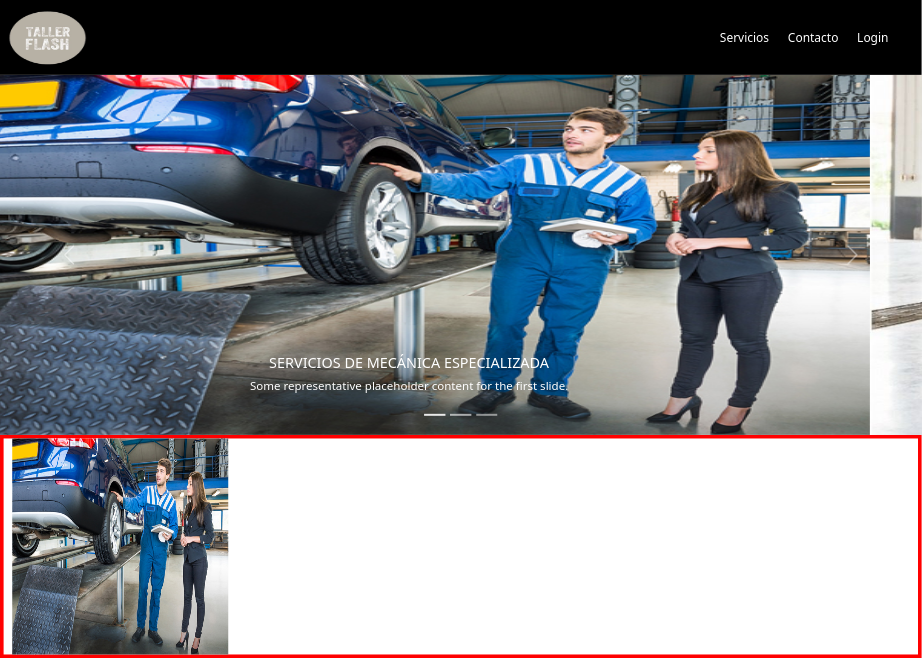
Repository: nder1996/Boostrap.Taller.Arquitectura
Page: Index.html
An editor plug-in stored every save of this project. The page is shown before and after a run of saves, followed by the edit.
The browser window is 1280 px wide. The pictures show the whole page, at 72% of full size.

Above is the page before, as saved 2021-07-23 06:05:08.

### Index.html
<!DOCTYPE html>
<html lang="en">

<head>
	<meta charset="UTF-8">
	<meta name="viewport" content="width=device-width, initial-scale=1.0">
	<link rel="shortcut icon" href="img/Logo.png">
	<link href="https://cdn.jsdelivr.net/npm/bootstrap@5.0.2/dist/css/bootstrap.min.css" rel="stylesheet"
		integrity="sha384-EVSTQN3/azprG1Anm3QDgpJLIm9Nao0Yz1ztcQTwFspd3yD65VohhpuuCOmLASjC" crossorigin="anonymous">
	<link rel="stylesheet" href="https://cdnjs.cloudflare.com/ajax/libs/font-awesome/5.15.3/css/all.min.css"
		integrity="sha512-iBBXm8fW90+nuLcSKlbmrPcLa0OT92xO1BIsZ+ywDWZCvqsWgccV3gFoRBv0z+8dLJgyAHIhR35VZc2oM/gI1w=="
		crossorigin="anonymous" referrerpolicy="no-referrer" />
	<link rel="stylesheet" href="css/style.css">
	<title>Taller Automotriz</title>
</head>

<body>

	<nav class="navbar navbar-expand-lg navbar-light">
		<div class="container-fluid">
			<a class="navbar-brand" href="#"><img src="img/Logo.png" alt="" style='width: 110px; height: 78px;'></a>
			<button class="navbar-toggler" type="button" data-bs-toggle="collapse" data-bs-target="#navbarNav"
				aria-controls="navbarNav" aria-expanded="false" aria-label="Toggle navigation">
				<span class="navbar-toggler-icon"></span>
			</button>
			<div class="collapse navbar-collapse" id="navbarNav">
				<ul class="navbar-nav ms-auto">
					<li class="nav-item">
						<a class="nav-link active" aria-current="page" href="#">Servicios</a>
					</li>
					<li class="nav-item">
						<a class="nav-link" href="#">Contacto</a>
					</li>
					<li class="nav-item">
						<a class="nav-link" href="#">Login</a>
					</li>
				</ul>
			</div>
		</div>
	</nav>
	<div id="carouselExampleCaptions" class="carousel slide" data-bs-ride="carousel">
		<div class="carousel-indicators">
		  <button type="button" data-bs-target="#carouselExampleCaptions" data-bs-slide-to="0" class="active" aria-current="true" aria-label="Slide 1"></button>
		  <button type="button" data-bs-target="#carouselExampleCaptions" data-bs-slide-to="1" aria-label="Slide 2"></button>
		  <button type="button" data-bs-target="#carouselExampleCaptions" data-bs-slide-to="2" aria-label="Slide 3"></button>
		</div>
		<div class="carousel-inner">
		  <div class="carousel-item active">
			<img src="img/Mantenimiento_1.jpg" class="d-block w-100" alt="...">
			<div class="carousel-caption d-none d-md-block">
			  <h5>SERVICIOS DE MECÁNICA
				ESPECIALIZADA</h5>
			  <p>Some representative placeholder content for the first slide.</p>
			</div>
		  </div>
		  <div class="carousel-item">
			<img src="img/Mantenimiento_3.png" class="d-block w-100" alt="...">
			<div class="carousel-caption d-none d-md-block">
			  <h5>SERVICIOS DE MECÁNICA
				ESPECIALIZADA</h5>
			  <p>Some representative placeholder content for the second slide.</p>
			</div>
		  </div>
		  <div class="carousel-item">
			<img src="img/Mantenimiento_2.png" class="d-block w-100" alt="...">
			<div class="carousel-caption d-none d-md-block">
			  <h5>Third slide label</h5>
			  <p>Some representative placeholder content for the third slide.</p>
			</div>
		  </div>
		</div>
		<button class="carousel-control-prev" type="button" data-bs-target="#carouselExampleCaptions" data-bs-slide="prev">
		  <span class="carousel-control-prev-icon" aria-hidden="true"></span>
		  <span class="visually-hidden">Previous</span>
		</button>
		<button class="carousel-control-next" type="button" data-bs-target="#carouselExampleCaptions" data-bs-slide="next">
		  <span class="carousel-control-next-icon" aria-hidden="true"></span>
		  <span class="visually-hidden">Next</span>
		</button>
	  </div>


	<div class="Servicios container-fluid">

		<div><img src="img/Mantenimiento_1.jpg" alt="" width="300px" height="300px"></div>
		<div></div>
		<div></div>
		<div></div>

	</div>










	<script src="https://cdn.jsdelivr.net/npm/bootstrap@5.0.2/dist/js/bootstrap.bundle.min.js"
		integrity="sha384-MrcW6ZMFYlzcLA8Nl+NtUVF0sA7MsXsP1UyJoMp4YLEuNSfAP+JcXn/tWtIaxVXM" crossorigin="anonymous">
	</script>
	<script src="https://cdnjs.cloudflare.com/ajax/libs/jquery/3.6.0/jquery.min.js"
		integrity="sha512-894YE6QWD5I59HgZOGReFYm4dnWc1Qt5NtvYSaNcOP+u1T9qYdvdihz0PPSiiqn/+/3e7Jo4EaG7TubfWGUrMQ=="
		crossorigin="anonymous" referrerpolicy="no-referrer"></script>
</body>

</html>

### css/style.css
nav{
    background-color: black !important;
}

nav li{
    position:relative;
    margin-left: 10px;
    left:-10%;
}

nav li a{
    color:white !important;
    font-size: 1.3vw;
}

.carousel-inner{
    position:relative;
    width: 100%;
    height: 500px;
}

.carousel-item img{
    position:relative;
    width: 100%;
    height: 500px;
}

.Servicios{
    position:relative;
    border:5px solid red;
}

After the next 6 saves:
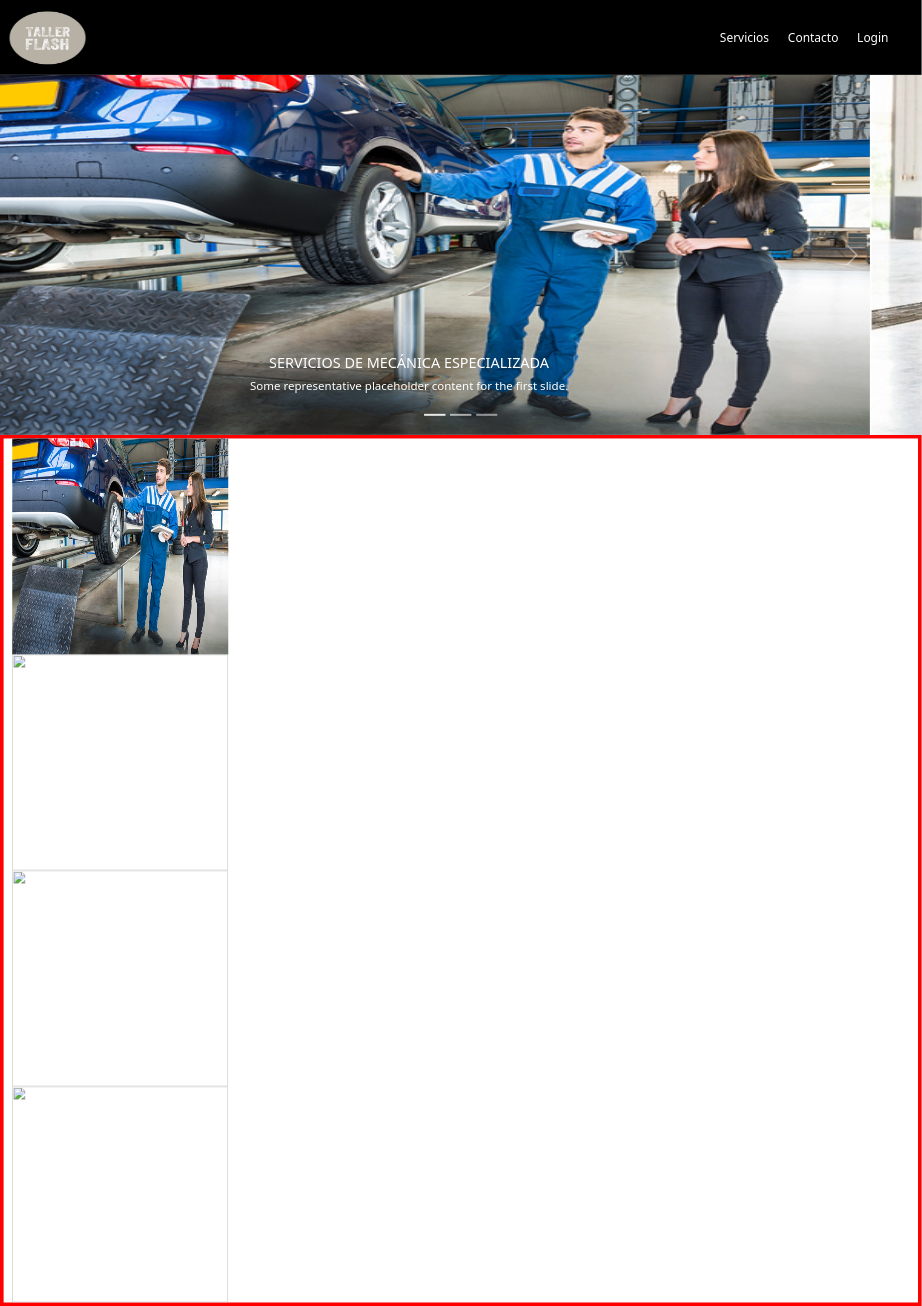
Not found: img/Mantenimiento_2.jpg
Not found: img/Mantenimiento_3.jpg
Not found: img/Mantenimiento_4.jpg
The 6 saves are shown as one change because they came seconds apart.
The last was saved 27 s later.
--- a/Index.html
+++ b/Index.html
@@ -83,9 +83,9 @@
 	<div class="Servicios container-fluid">
 
 		<div><img src="img/Mantenimiento_1.jpg" alt="" width="300px" height="300px"></div>
-		<div></div>
-		<div></div>
-		<div></div>
+		<div><img src="img/Mantenimiento_2.jpg" alt="" width="300px" height="300px"></div>
+		<div><img src="img/Mantenimiento_3.jpg" alt="" width="300px" height="300px"></div>
+		<div><img src="img/Mantenimiento_4.jpg" alt="" width="300px" height="300px"></div>
 
 	</div>
 
